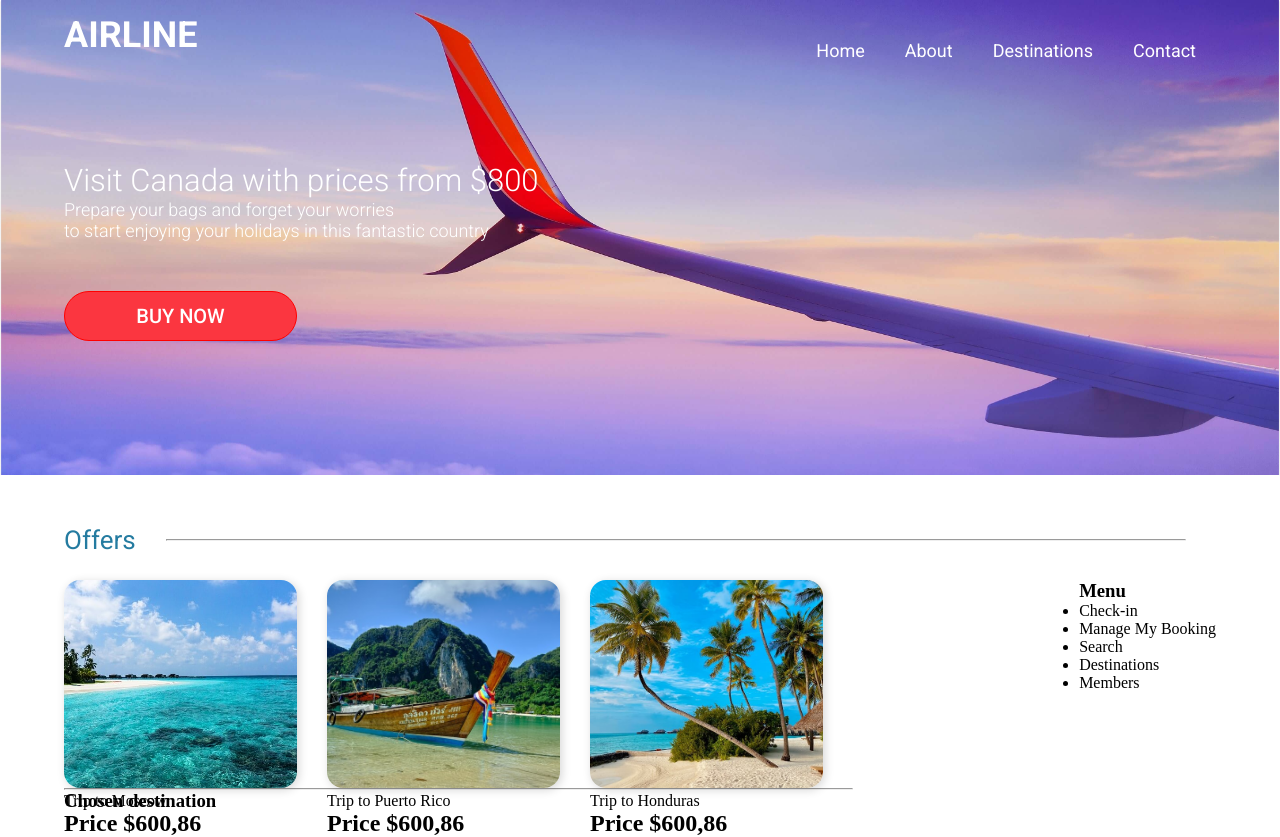
Repository: Cherced/AIRLINES
Page: /
These files come from the project's save history. The page is drawn as it stood at one moment and after the next save; the edit follows.
The browser window is 1280 px wide. The pictures show the whole page.
The project was rebuilt for these pictures with package versions that can differ from the ones it lists, and the page was loaded fresh each time. The framework's server and built-in components were replaced by stand-ins that run in the browser. Also part of the build but not shown: components/atoms/Footer/SocialMedia.jsx, components/atoms/Footer/MoreToUs.jsx, components/molecules/Footer.jsx.

Above is the page before, as saved 2022-06-30 14:27:30.

### pages/_app.js
import '../sass/global.scss'

function MyApp({ Component, pageProps }) {

    return <Component {...pageProps} />

  }

  export default MyApp

### pages/_document.js
import Document, { Html, Head, Main, NextScript } from 'next/document'

export default class MyDocument extends Document {
  render() {
    return (
      <Html>
        <Head />
        <body>
          <Main />
          <div id="myportal"></div>
          <NextScript />
        </body>
      </Html>
    )
  }
}

### pages/index.js
import React from 'react'
import { Banner } from '../components/molecules/Banner'
import { Offers } from '../components/molecules/Offers'
import {Footer} from '../components/molecules/Footer'

const Home = () => {
  return (
    <React.Fragment>
        <Banner/>
        <Offers/>
    </React.Fragment>
  )
}

export default Home

### sass/global.scss
@import "./settings";
@import "./Elements/banner";
@import "./Elements/offerts";

### components/molecules/Banner.jsx
import React from 'react'
import { Header } from '../atoms/BannerStaff/Header'
import { Promotion } from '../atoms/BannerStaff/Promotion'

export const Banner = () => {
  return (
    <main className="main-Banner--Container">
        <Header/>
        <Promotion/>
    </main>
  )
}

### components/molecules/Offers.jsx
import React from 'react'
import {TripsOffer} from '../atoms/Offerts/TripsOffer'
import { Menu } from '../atoms/Offerts/Menu'

export const Offers = () => {
  return (
    <section className="offers-Section--Container">
    <div className="offers-Title--Container">
        <h1>Offers</h1> <hr />
    </div>
    <div className="offers-BoxModel--Container">
        <div className="offers-BoxModel-Content">
        <TripsOffer/>
        <hr />
        <h3>Chosen destination</h3>
        </div>
        <Menu/>
    </div>
    </section>
  )
}

### sass/_settings.scss
//fonts:
@import url('https://fonts.googleapis.com/css2?family=Inter:wght@100;200;300;500;600;700;800;900&family=Roboto:ital,wght@0,100;0,300;0,400;0,500;0,700;0,900;1,100;1,300;1,400;1,500;1,700;1,900&display=swap');

$preSetFont: 'Roboto', sans-serif;

*{
    box-sizing: border-box;
    margin: 0;
    padding: 0;
}

### sass/Elements/_banner.scss
@import "../components/Banner/header";
@import "../components/Banner/promotion";

.main-Banner--Container{
    height: 475px;
    width: 100%;
    background-image: url("../../public/images/plane.jpg");
    background-size: cover;
    background-repeat: no-repeat;
    display: flex;
    flex-direction: column;
    align-items: center;
}

### sass/components/Banner/_header.scss
.header--Container {
    width: 90%;
    height: 70px;
    display: flex;
    align-items: center;
    justify-content: space-between;

    h1{
        font-family: $preSetFont;
        font-size: 36px;
        text-align: left;
        color: white;
        letter-spacing: 0px;
    }

    .navBar--Container {
        color: white;
        opacity: 1;

        .itmes-Navbar--Container {
            list-style: none;
            display: flex;
            height: 70px;

            li {
                width: auto;
                padding: 40px 20px 0 20px;

                a {
                    font-family: $preSetFont;
                    font-size: 18px;
                    letter-spacing: 0px;
                }

                a:hover {
                    border-bottom: 2px solid white;
                }
            }
        }
    }
}

### sass/components/Banner/_promotion.scss
.promotions--Container {
    height: 405px;
    width: 90%;
    display: flex;
    flex-direction: column;
    align-items: flex-start;
    margin-top: 92px;

    h1 {
        text-align: left;
        font-family: $preSetFont;
        font-size: 31px;
        font-weight: 300;
        letter-spacing: 0px;
        opacity: 1;
        color: white;
    }

    p {
        width: 440px;
        text-align: left;
        font-family: $preSetFont;
        font-size: 18px;
        font-weight: 300;
        letter-spacing: 0px;
        color: #FFFFFF;
        opacity: 1;
    }

    .buyNowBtn {
        margin-top: 50px;
        background: #FB3640;
        width: 233px;
        height: 50px;
        font-family: $preSetFont;
        text-align: center;
        font: normal normal 500 20px/24px Roboto;
        letter-spacing: 0px;
        color: #FFFFFF;
        opacity: 1;
        border-radius: 60px;
        border: 1px solid red;
    }
}

### sass/Elements/_offerts.scss
.offers-Section--Container {
    width: 100vw;
    display: flex;
    flex-direction: column;
    align-items: center;
    justify-content: center;

    .offers-Title--Container {
        padding-top: 65px;
        width: 90%;
        height: 50px;
        display: flex;
        align-items: center;

        h1 {
            color: #247BA0;
            text-align: left;
            font: normal normal 400 26px/32px Roboto;
            letter-spacing: 0px;
            color: #247BA0;
            opacity: 1;
        }

        hr {
            margin: 0 30px;
            width: 90%;
        }
    }
    .offers-BoxModel--Container{
        width: 90%;
        display: flex;
        justify-content: space-between;
        margin-top: 40px;
        .offers-BoxModel-Content{
            .promotional-Cards--Container{
                display: flex;

                .promotionalCard{
                    width: 233px;
                    height: 208px;
                    border-radius: 60px;
                    margin-right: 30px;

                    img{
                        box-shadow: 2px 2px 10px #00000029;
                        opacity: 1;
                        width: 100%;
                        height: 100%;
                        border-radius: 16px;
                        object-fit: cover;
                        z-index: -1;
                    }
                }
            }
        }
    }

}

### components/atoms/BannerStaff/Header.jsx
import React from 'react'

export const Header = () => {
  return (
    <header className="header--Container">
        <h1>AIRLINE</h1>
        <nav className="navBar--Container">
            <ul className="itmes-Navbar--Container">
                <li><a>Home</a></li>
                <li><a>About</a></li>
                <li><a>Destinations</a></li>
                <li><a>Contact</a></li>
            </ul>
        </nav>
    </header>
  )
}

### components/atoms/BannerStaff/Promotion.jsx
import React from 'react'

export const Promotion = () => {
  return (
    <div className="promotions--Container">
        <h1>Visit Canada with prices from $800</h1>
        <p>Prepare your bags and forget your worries</p>
        <p> to start enjoying your holidays in this fantastic country</p>
        <button className="buyNowBtn" type="button">BUY NOW</button>
    </div>
  )
}

### components/atoms/Offerts/TripsOffer.jsx
import React from 'react'

export const TripsOffer = () => {
  return (
    <div className="promotional-Cards--Container">
        <div className="promotionalCard">
            <img src="/images/moscow.jpg" alt="moscu"/>
            <div className="promotionalCard--Info">
                <p>
                Trip to Moscow
                </p>
                <h1>Price $600,86</h1>
            </div>
        </div>
        <div className="promotionalCard">
            <img src="/images/puerto-rico.jpg" alt="puerrtorro"/>
            <div className="promotionalCard--Info">
                <p>
                Trip to Puerto Rico
                </p>
                <h1>Price $600,86</h1>
            </div>
        </div>
        <div className="promotionalCard">
            <img src="/images/honduras.jpg" alt="honduras"/>
            <div className="promotionalCard--Info">
                <p>
                Trip to Honduras
                </p>
                <h1>Price $600,86</h1>
            </div>
        </div>
    </div>
  )
}

### components/atoms/Offerts/Menu.jsx
import React from 'react'

export const Menu = () => {
  return (
    <aside className="menuAside--Container">
        <h1>Menu</h1>
        <ul className="menuAside-Navbar--Container">
            <li>Check-in</li>
            <li>Manage My Booking</li>
            <li>Search</li>
            <li>Destinations</li>
            <li>Members</li>
        </ul>
    </aside>
  )
}

After the next save:
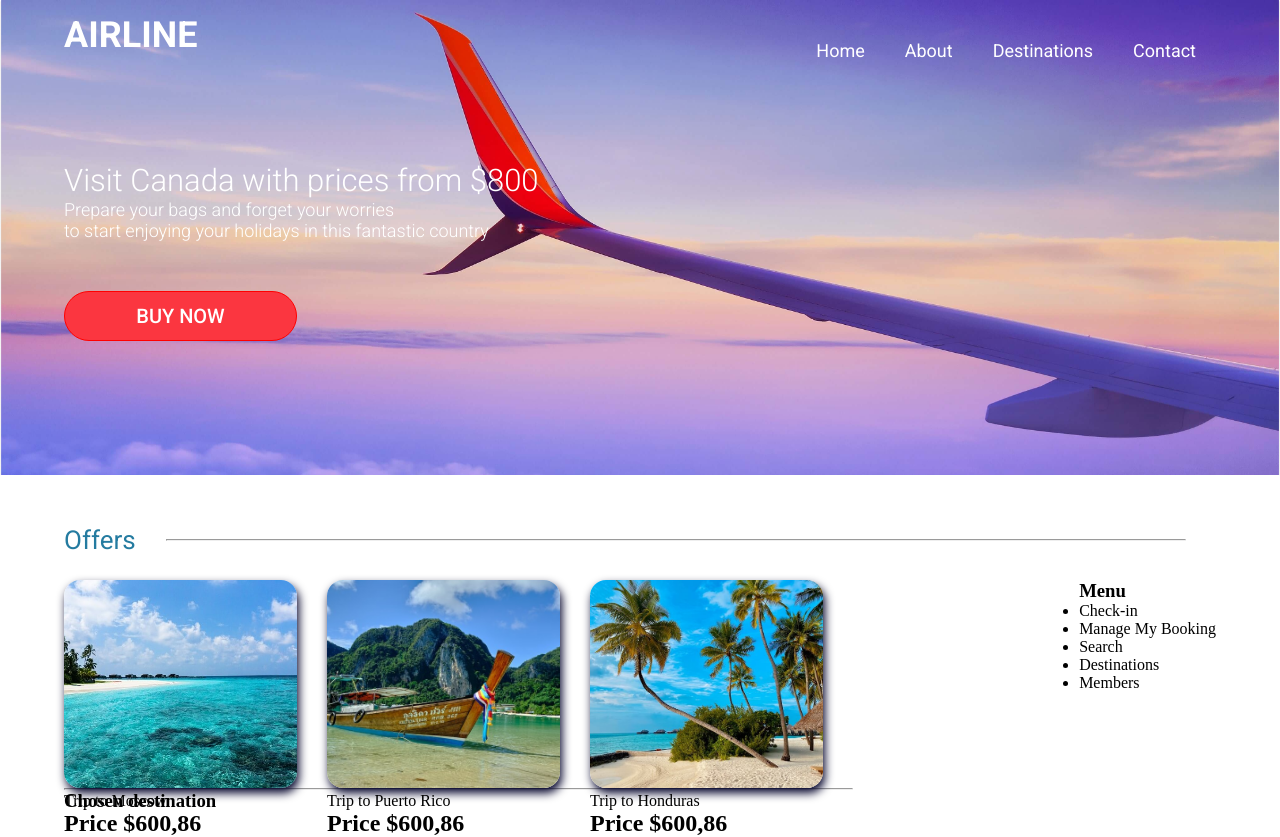
Saved 15 s later.
--- a/sass/Elements/_offerts.scss
+++ b/sass/Elements/_offerts.scss
@@ -42,7 +42,7 @@
                     margin-right: 30px;
 
                     img{
-                        box-shadow: 2px 2px 10px #00000029;
+                        box-shadow: 2px 5px 10px #000029;
                         opacity: 1;
                         width: 100%;
                         height: 100%;
